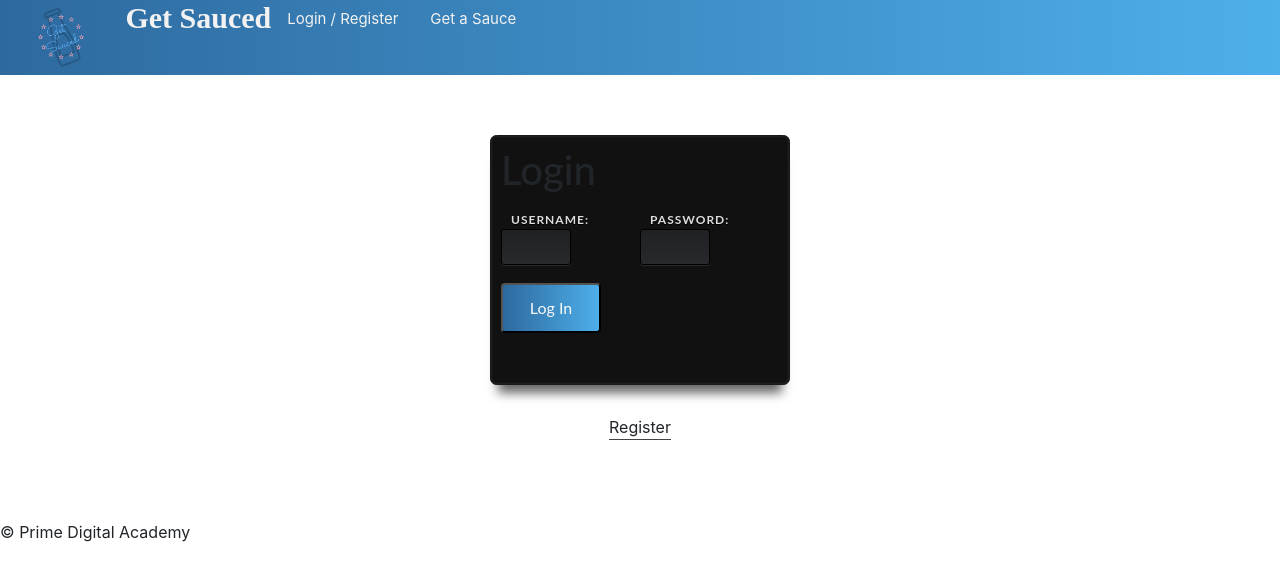
Repository: cossalter18/getSauced
Page: /
These files come from the project's save history. The page is drawn as it stood at one moment and after the next save; the edit follows.
The browser window is 1280 px wide. The pictures show the whole page.
The page's requests for data from a server got no answer. The project was rebuilt for these pictures with package versions that can differ from the ones it lists, and the page was loaded fresh each time. No one was signed in, and anything a server would have sent is missing. Also part of the build but not shown: src/components/LogOutButton/LogOutButton.js, src/components/RegisterPage/RegisterPage.js, src/components/AboutPage/AboutPage.css, src/components/AboutPage/AboutPage.js, src/components/UserPage/UserPage.js, src/components/BlogPost/BlogPost.js, src/components/NewPost/NewPost.css, src/components/NewPost/NewPost.js and 8 more.

Above is the page before, as saved 2020-06-03 11:26:51.

### src/index.js
import React from 'react';
import ReactDOM from 'react-dom';
import { createStore, applyMiddleware } from 'redux';
import { Provider } from 'react-redux';
import createSagaMiddleware from 'redux-saga';
import logger from 'redux-logger';

import rootReducer from './redux/reducers'; // imports ./redux/reducers/index.js
import rootSaga from './redux/sagas'; // imports ./redux/sagas/index.js

import App from './components/App/App';

import '../node_modules/bootstrap/dist/css/bootstrap.min.css'

const sagaMiddleware = createSagaMiddleware();

// this line creates an array of all of redux middleware you want to use
// we don't want a whole ton of console logs in our production code
// logger will only be added to your project if your in development mode
const middlewareList = process.env.NODE_ENV === 'development' ?
  [sagaMiddleware, logger] :
  [sagaMiddleware];

const store = createStore(
  // tells the saga middleware to use the rootReducer
  // rootSaga contains all of our other reducers
  rootReducer,
  // adds all middleware to our project including saga and logger
  applyMiddleware(...middlewareList),
);

// tells the saga middleware to use the rootSaga
// rootSaga contains all of our other sagas
sagaMiddleware.run(rootSaga);

ReactDOM.render(
  <Provider store={store}>
    <App />
  </Provider>,
  document.getElementById('react-root'),
);

### src/redux/reducers/index.js
import { combineReducers } from 'redux';
import errors from './errorsReducer';
import loginMode from './loginModeReducer';
import user from './userReducer';
import threadReducer from './threadsReducer'
import {reducer as formReducer} from 'redux-form'
import favoritesReducer from './favoritesReducer'
import getDetailsReducer from './getDetailsReducer'
import randomReducer from './randomReducer'

// rootReducer is the primary reducer for our entire project
// It bundles up all of the other reducers so our project can use them.
// This is imported in index.js as rootSaga

// Lets make a bigger object for our store, with the objects from our reducers.
// This is what we get when we use 'state' inside of 'mapStateToProps'
const rootReducer = combineReducers({
  errors, // contains registrationMessage and loginMessage
  loginMode, // will have a value of 'login' or 'registration' to control which screen is shown
  user, // will have an id and username if someone is logged in
  threadReducer,
  formReducer,
  favoritesReducer,
  getDetailsReducer,
  randomReducer
});

export default rootReducer;

### src/redux/sagas/index.js
import { all } from 'redux-saga/effects';
import loginSaga from './loginSaga';
import registrationSaga from './registrationSaga';
import userSaga from './userSaga';
import getThreadSaga from './getThreadsSaga'
import newPostSaga from './newPostSaga'
import deleteSaga from './deleteSaga'
import getFavoritesSaga from './getFavoritesSaga'
import getDetailsSaga from './getDetailsSaga'
import updatePostSaga from './updatePostSaga'
import addFavoritesSaga from './addFavoritesSaga'
import getRandomSaga from './getRandom'
// rootSaga is the primary saga.
// It bundles up all of the other sagas so our project can use them.
// This is imported in index.js as rootSaga

// some sagas trigger other sagas, as an example
// the registration triggers a login
// and login triggers setting the user
export default function* rootSaga() {
  yield all([
    loginSaga(),
    registrationSaga(),
    userSaga(),
    getThreadSaga(),
    newPostSaga(),
    deleteSaga(),
    getFavoritesSaga(),
    getDetailsSaga(),
    updatePostSaga(),
    addFavoritesSaga(),
    getRandomSaga()
  ]);
}

### src/redux/reducers/errorsReducer.js
import { combineReducers } from 'redux';

// loginMessage holds the string that will display
// on the login screen if there's an error
const loginMessage = (state = '', action) => {
  switch (action.type) {
    case 'CLEAR_LOGIN_ERROR':
      return '';
    case 'LOGIN_INPUT_ERROR':
      return 'Enter your username and password!';
    case 'LOGIN_FAILED':
      return 'Oops! The username and password didn\'t match. Try again!';
    case 'LOGIN_FAILED_NO_CODE':
      return 'Oops! Something went wrong! Is the server running?';
    default:
      return state;
  }
};

// registrationMessage holds the string that will display
// on the registration screen if there's an error
const registrationMessage = (state = '', action) => {
  switch (action.type) {
    case 'CLEAR_REGISTRATION_ERROR':
      return '';
    case 'REGISTRATION_INPUT_ERROR':
      return 'Choose a username and password!';
    case 'REGISTRATION_FAILED':
      return 'Oops! That didn\'t work. The username might already be taken. Try again!';
    default:
      return state;
  }
};

// make one object that has keys loginMessage, registrationMessage
// these will be on the redux state at:
// state.errors.loginMessage and state.errors.registrationMessage
export default combineReducers({
  loginMessage,
  registrationMessage,
});

### src/redux/reducers/threadsReducer.js
const threadsReducer = (state = [], action) => {
  switch (action.type) {
    case "SET_THREADS":
      return action.payload;
    default:
      return state;
  }
};

export default threadsReducer;

### src/redux/reducers/favoritesReducer.js
const favoritesReducer = (state = [], action) => {
    switch (action.type) {
        case "SET_FAVORITES":
            return action.payload;
        default:
            return state;
    }
};

export default favoritesReducer;

### src/redux/reducers/getDetailsReducer.js
const getDetailsReducer = (state = {}, action) => {
    switch (action.type) {
        case "SET_DETAILS":
            return action.payload[0];
        default:
            return state;
    }
};

export default getDetailsReducer;

### src/redux/reducers/randomReducer.js
const randomReducer = (state = [], action) => {
    switch (action.type) {
        case "SET_RANDOM":
            return action.payload;
        default:
            return state;
    }
};

export default randomReducer;

### src/redux/sagas/loginSaga.js
import { put, takeLatest } from 'redux-saga/effects';
import axios from 'axios';

// worker Saga: will be fired on "LOGIN" actions
function* loginUser(action) {
  try {
    // clear any existing error on the login page
    yield put({ type: 'CLEAR_LOGIN_ERROR' });

    const config = {
      headers: { 'Content-Type': 'application/json' },
      withCredentials: true,
    };

    // send the action.payload as the body
    // the config includes credentials which
    // allow the server session to recognize the user
    yield axios.post('/api/user/login', action.payload, config);

    // after the user has logged in
    // get the user information from the server
    yield put({type: 'FETCH_USER'});
  } catch (error) {
    console.log('Error with user login:', error);
    if (error.response.status === 401) {
      // The 401 is the error status sent from passport
      // if user isn't in the database or
      // if the username and password don't match in the database
      yield put({ type: 'LOGIN_FAILED' });
    } else {
      // Got an error that wasn't a 401
      // Could be anything, but most common cause is the server is not started
      yield put({ type: 'LOGIN_FAILED_NO_CODE' });
    }
  }
}

// worker Saga: will be fired on "LOGOUT" actions
function* logoutUser(action) {
  try {
    const config = {
      headers: { 'Content-Type': 'application/json' },
      withCredentials: true,
    };

    // the config includes credentials which
    // allow the server session to recognize the user
    // when the server recognizes the user session
    // it will end the session
    yield axios.post('/api/user/logout', config);

    // now that the session has ended on the server
    // remove the client-side user object to let
    // the client-side code know the user is logged out
    yield put({ type: 'UNSET_USER' });

  } catch (error) {
    console.log('Error with user logout:', error);
  }
}

function* loginSaga() {
  yield takeLatest('LOGIN', loginUser);
  yield takeLatest('LOGOUT', logoutUser);
}

export default loginSaga;

### src/redux/sagas/registrationSaga.js
import { put, takeLatest } from 'redux-saga/effects';
import axios from 'axios';

// worker Saga: will be fired on "REGISTER" actions
function* registerUser(action) {
  try {
    // clear any existing error on the registration page
    yield put({ type: 'CLEAR_REGISTRATION_ERROR' });

    // passes the username and password from the payload to the server
    yield axios.post('/api/user/register', action.payload);

    // automatically log a user in after registration
    yield put({ type: 'LOGIN', payload: action.payload });

    // set to 'login' mode so they see the login screen
    // after registration or after they log out
    yield put({type: 'SET_TO_LOGIN_MODE'});
  } catch (error) {
      console.log('Error with user registration:', error);
      yield put({type: 'REGISTRATION_FAILED'});
  }
}

function* registrationSaga() {
  yield takeLatest('REGISTER', registerUser);
}

export default registrationSaga;

### src/redux/sagas/userSaga.js
import axios from 'axios';
import { put, takeLatest } from 'redux-saga/effects';

// worker Saga: will be fired on "FETCH_USER" actions
function* fetchUser() {
  try {
    const config = {
      headers: { 'Content-Type': 'application/json' },
      withCredentials: true,
    };

    // the config includes credentials which
    // allow the server session to recognize the user
    // If a user is logged in, this will return their information
    // from the server session (req.user)
    const response = yield axios.get('/api/user', config);

    // now that the session has given us a user object
    // with an id and username set the client-side user object to let
    // the client-side code know the user is logged in
    yield put({ type: 'SET_USER', payload: response.data });
  } catch (error) {
    console.log('User get request failed', error);
  }
}

function* userSaga() {
  yield takeLatest('FETCH_USER', fetchUser);
}

export default userSaga;

### src/redux/sagas/getThreadsSaga.js
import axios from "axios";
import { put, takeEvery } from "redux-saga/effects";

function* getThreads() {
  try {
    const response = yield axios.get("/api/threads");
    console.log("++++++++++++++", response.data)
    yield put({ type: "SET_THREADS", payload: response.data });

  } catch (error) {
    console.log("Error in GET", error);
  }
}

function* threadSaga() {
  yield takeEvery("GET_THREADS", getThreads);
}

export default threadSaga;

### src/redux/sagas/newPostSaga.js
import axios from "axios";
import { put, takeEvery } from "redux-saga/effects";

function* addPost(action) {
  try {
   console.log("action.payload!!!!!!!!!!!!!", action.payload);
   const response = yield axios.post('/api/threads', action.payload);
   yield put({ type: "GET_THREADS"})

  }catch (error){
      console.log(error);
  }
}

function* newPostSaga() {
  yield takeEvery("NEW_POST", addPost);
}

export default newPostSaga;

//we are going to reuse SET_THREADS reducer

### src/redux/sagas/deleteSaga.js
import axios from "axios";
import { put, takeEvery } from "redux-saga/effects";

function* deletePost(action) {
    try {
        console.log('action.payload =======', action.payload);
        console.log('!!!!!!!!!!!!!!!!!!!!!', action);

        const response = yield axios.delete(`/api/threads/${action.payload}`)
        yield put ({type: "GET_THREADS", payload: response.data})
    } catch (error) {
        console.log("Error in DELETE!!!!!!!!!!!!!!", error);
    }
}

function* deleteSaga() {
    yield takeEvery("DELETE_POST", deletePost);
}

export default deleteSaga;

### src/redux/sagas/getFavoritesSaga.js
import axios from "axios";
import { put, takeEvery } from "redux-saga/effects";

function* getFavorites() {
  try {
    const response = yield axios.get("/api/favorites");
    console.log("!!! FAVORITES !!! ========>", response.data);
    yield put({ type: "SET_FAVORITES", payload: response.data });
  } catch (error) {
    console.log("Error in GET", error);
  }
}

function* getFavoritesSaga() {
  yield takeEvery("GET_FAVORITES", getFavorites);
}

export default getFavoritesSaga;

### src/redux/sagas/getDetailsSaga.js
import axios from "axios";
import { put, takeEvery } from "redux-saga/effects";

function* getDetail(action) {
    try {
        const id = action.payload
        const response = yield axios.get(`/api/threads/blog/${id}`);
        console.log("MADE IT TO getDetail SAGA!!!!!!")
        yield put({ type: "SET_DETAILS", payload: response.data });
    } catch (error) {
        console.log("Error in GET", error);
    }
}

function* getDetailsSaga() {
    yield takeEvery("GET_DETAILS", getDetail);
}

export default getDetailsSaga;

### src/redux/sagas/updatePostSaga.js
import axios from "axios";
import {put, takeEvery } from "redux-saga/effects";

function* updatePost(action) {
    console.log('UpdatePost!!!!!!!!!', action.payload);

    try {
        const response = yield axios.put(`/api/threads/${action.payload.id}`, action.payload)
        console.log('IN UPDATE POST PUT', response);
        // yield put ({type: 'SET_THREADS'})

    } catch (error) {
        console.log(error);
    }
}

function* updatePostSaga() {
    yield takeEvery("UPDATE_POST", updatePost);
}

export default updatePostSaga;

### src/redux/sagas/addFavoritesSaga.js
import axios from "axios";
import { put, takeEvery } from "redux-saga/effects";

function* addFavorites() {
    try {
        const response = yield axios.post("/api/favorites");
        console.log("!!! FAVORITES !!! ========>", response.data);
        yield put({ type: "SET_FAVORITES", payload: response.data });
    } catch (error) {
        console.log("Error in FAVORITES POST", error);
    }
}

function* addFavoritesSaga() {
    yield takeEvery("ADD_FAVORITES", addFavorites);
}

export default addFavoritesSaga;

### src/redux/sagas/getRandom.js
import axios from "axios";
import { put, takeEvery } from "redux-saga/effects";

//https://spoonacular-recipe-food-nutrition-v1.p.rapidapi.com/recipes/random

function* getRandom(action) {
    console.log("IN API REQUEST:", action)
    try {
        const response = yield axios({
            "method": "GET",
            "url": "",
            "headers": {
                "content-type": "application/octet-stream",
                "x-rapidapi-host": "spoonacular-recipe-food-nutrition-v1.p.rapidapi.com",
                "x-rapidapi-key": "c31d4b7038mshacdc5b1ac5dafd5p11278fjsnc256fb5cf578",
                "useQueryString": true
            }, "params": {
                "number": "1",
                "tags": "sauce"
            }
        })
        yield put({ type: "SET_RANDOM", payload: response.data.recipes });
    } catch (error) {
        console.log("Error in GET", error);
    }
}

function* getRandomSaga() {
    yield takeEvery("GET_RANDOM", getRandom);
}

export default getRandomSaga;

### src/components/Nav/Nav.js
import React from "react";
import { Link } from "react-router-dom";
import { connect } from "react-redux";
import LogOutButton from "../LogOutButton/LogOutButton";
import "./Nav.css";

const Nav = (props) => (
  <div className="nav">
    <Link to="/home">
      <img className="logo" src="GetSauced.png" alt="logo" />
      <h2 className="nav-title">Get Sauced</h2>
    </Link>
    <div className="nav-right">
      <Link className="nav-link" to="/home">
        {/* Show this link if they are logged in or not,
        but call this link 'Home' if they are logged in,
        and call this link 'Login / Register' if they are not */}
        {props.user.id ? "Home" : "Login / Register"}
      </Link>
      {/* Show the link to the info page and the logout button if the user is logged in */}
      {props.user.id && (
        <>
          <Link className="nav-link" to="/info">
            Blog Post
          </Link>
          <Link className="nav-link" to="/favorite">
            Favorites
          </Link>
          <Link className="nav-link" to="/profile">
            Profile
          </Link>
          {/* <LogOutButton className="nav-link" /> */}
        </>

      )}
      {/* Always show this link since the about page is not protected */}
      <Link className="nav-link" to="/about">
        Get a Sauce
      </Link>
    </div>
  </div>
);

// Instead of taking everything from state, we just want the user
// object to determine if they are logged in
// if they are logged in, we show them a few more links
// if you wanted you could write this code like this:
// const mapStateToProps = ({ user }) => ({ user });
const mapStateToProps = (state) => ({
  user: state.user,
});

export default connect(mapStateToProps)(Nav);

### src/components/App/App.css
body {
    font-family: 'Segoe UI', Tahoma, Geneva, Verdana, sans-serif;
    margin: 0px;
}

.alert {
    background-color: #ff4545;
    margin: 50px;
}

form {
    background-color: #dbd5d5;
    width: 30%;
    height: 250px;
    margin: 20px auto;
    padding: 25px;
    border-radius: 2px;
}

input {
    margin: 5px;
    margin-bottom: 10px;
}

.log-in, .log-out, .register {
  background-image: linear-gradient(to right, #2d699e, #4eafeb);
  border-radius: 4px;
  color: #f8f8f8;
  min-height: 50px;
  min-width: 100px;
  outline:0;
  cursor: pointer;
}

.log-in:hover, .log-out:hover, .register:hover {
  background-color: #008183;
}

/* This line makes the "Register" and "Login" buttons look like links */
.link-button {
    background:none;
    color:inherit;
    border:none;
    padding:0;
    font: inherit;
    outline:0;
    border-bottom:1px solid #444;
    cursor: pointer;
}

### src/components/Nav/Nav.css
.nav-title {
    font-size: 30px;
    font-weight: 700;
    display: inline-block;
    color: #f2f2f2;
    padding-left: 10px;
    font-family: "SignPainter";
}

.nav {
  overflow: hidden;
  background-image: linear-gradient(to right, #2d699e, #4eafeb)
}

.nav-link {
  float: left;
  color: #f2f2f2;
  /* background-color: #00acb0; */
  text-align: center;
  padding: 24px 10px;
  text-decoration: none;
  font-size: 15px;

  /* these last two make the logout button in
  the nav bar look like another link */
  border:none;
  /* cursor: pointer; */
  outline:0;
}

.nav-link:hover {
  background-color: #87A8C5
}

.nav-right {
  float: right;
}

.logo {
  height:75px;
  width: auto;
  float: left;
}

### src/components/LoginPage/LoginPage.js
import React, { Component } from 'react';
import { connect } from 'react-redux';
import './LoginPage.css'

class LoginPage extends Component {
  state = {
    username: '',
    password: '',
  };

  login = (event) => {
    event.preventDefault();

    if (this.state.username && this.state.password) {
      this.props.dispatch({
        type: 'LOGIN',
        payload: {
          username: this.state.username,
          password: this.state.password,
        },
      });
    } else {
      this.props.dispatch({ type: 'LOGIN_INPUT_ERROR' });
    }
  } // end login

  handleInputChangeFor = propertyName => (event) => {
    this.setState({
      [propertyName]: event.target.value,
    });
  }

  render() {
    return (
      <div>
        {this.props.errors.loginMessage && (
          <h2
            className="alert"
            role="alert"
          >
            {this.props.errors.loginMessage}
          </h2>
        )}
        <form className="form-3" onSubmit={this.login}>
          <h1>Login</h1>
          <div>
            <label htmlFor="username">
              Username:
              <input type="text" name="username" value={this.state.username} onChange={this.handleInputChangeFor('username')}/>
            </label>
          </div>
          <div>
            <label htmlFor="password">
              Password:
              <input type="password" name="password" value={this.state.password} onChange={this.handleInputChangeFor('password')}/>
            </label>
          </div>
          <div>
            <input className="log-in" type="submit" name="submit" value="Log In"/>
          </div>
        </form>
        <center>
          <button
            type="button"
            className="link-button"
            onClick={() => {this.props.dispatch({type: 'SET_TO_REGISTER_MODE'})}}
          >
            Register
          </button>
        </center>
      </div>
    );
  }
}

// Instead of taking everything from state, we just want the error messages.
// if you wanted you could write this code like this:
// const mapStateToProps = ({errors}) => ({ errors });
const mapStateToProps = state => ({
  errors: state.errors,
});

export default connect(mapStateToProps)(LoginPage);

### src/components/BlogPost/BlogPost.css
.nav-right {
  float: right;
  margin-right: 30px;

}

h2 {
  cursor: pointer;
}

.content {
  font-size: 10px;
}

.button{
  margin: 100px;
  padding: 25px;
}


/* .container {
   width: 75%;
    height: 10rem;
    margin: auto;
    background-color:#4eafeb;
    border-radius: 10px;
} */


.container {
    box-sizing: border-box;
    width: 75%;
    height: 10rem;
    margin-top: 35px;
    margin-bottom: 8px;
    background-color:#4eafeb;
    border-radius: 10px;
    /* white-space: nowrap; */
  overflow: hidden;
  text-overflow: ellipsis;
}

.child {
 white-space: nowrap;
  overflow: hidden;
  text-overflow: ellipsis;

}


/*
.child {
 flex: 1;
    height: auto;
    margin: auto;
    border-color: red;
    border-width: 10px;
} */

### src/components/LoginPage/LoginPage.css
.form-3 {
    font-family: 'Ubuntu', 'Lato', sans-serif;
    font-weight: 400;
    /* Size and position */
    width: 300px;
    position: relative;
    margin: 60px auto 30px;
    padding: 10px;
    overflow: hidden;

    /* Styles */
    background: #111;
    border-radius: 0.4em;
    border: 1px solid #191919;
    box-shadow:
        inset 0 0 2px 1px rgba(255,255,255,0.08),
        0 16px 10px -8px rgba(0, 0, 0, 0.6);
}

.form-3 label {
    /* Size and position */
    width: 50%;
    float: left;
    padding-top: 9px;

    /* Styles */
    color: #ddd;
    font-size: 12px;
    text-transform: uppercase;
    letter-spacing: 1px;
    text-shadow: 0 1px 0 #000;
    text-indent: 10px;
    font-weight: 700;
    cursor: pointer;
}

.form-3 input[type=text],
.form-3 input[type=password] {
    /* Size and position */
    width: 50%;
    float: left;
    padding: 8px 5px;
    margin-bottom: 10px;
    font-size: 12px;

    /* Styles */
    background: linear-gradient(#1f2124, #27292c);
    border: 1px solid #000;
    box-shadow:
        0 1px 0 rgba(255,255,255,0.1);
    border-radius: 3px;

    /* Font styles */
    font-family: 'Ubuntu', 'Lato', sans-serif;
    color: #fff;

}

.form-3 input[type=text]:hover,
.form-3 input[type=password]:hover,
.form-3 label:hover ~ input[type=text],
.form-3 label:hover ~ input[type=password] {
    background: #27292c;
}

.form-3 input[type=text]:focus,
.form-3 input[type=password]:focus {
    box-shadow: inset 0 0 2px #000;
    background: #494d54;
    border-color: #51cbee;
    outline: none; /* Remove Chrome outline */
}

.form-3 label[for=remember] {
    width: auto;
    float: none;
    display: inline-block;
    text-transform: capitalize;
    font-size: 11px;
    font-weight: 400;
    letter-spacing: 0px;
    text-indent: 2px;
}

.form-3 input[type=checkbox] {
    margin-left: 10px;
    vertical-align: middle;
}

Loaded but not shown: public/index.html (common file); src/redux/reducers/loginModeReducer.js (common file); src/redux/reducers/userReducer.js (common file); src/components/Footer/Footer.js (common file); src/components/Footer/Footer.css (common file); src/components/App/App.js (98 lines, source omitted); src/components/ProtectedRoute/ProtectedRoute.js (66 lines, source omitted)

After the next save:
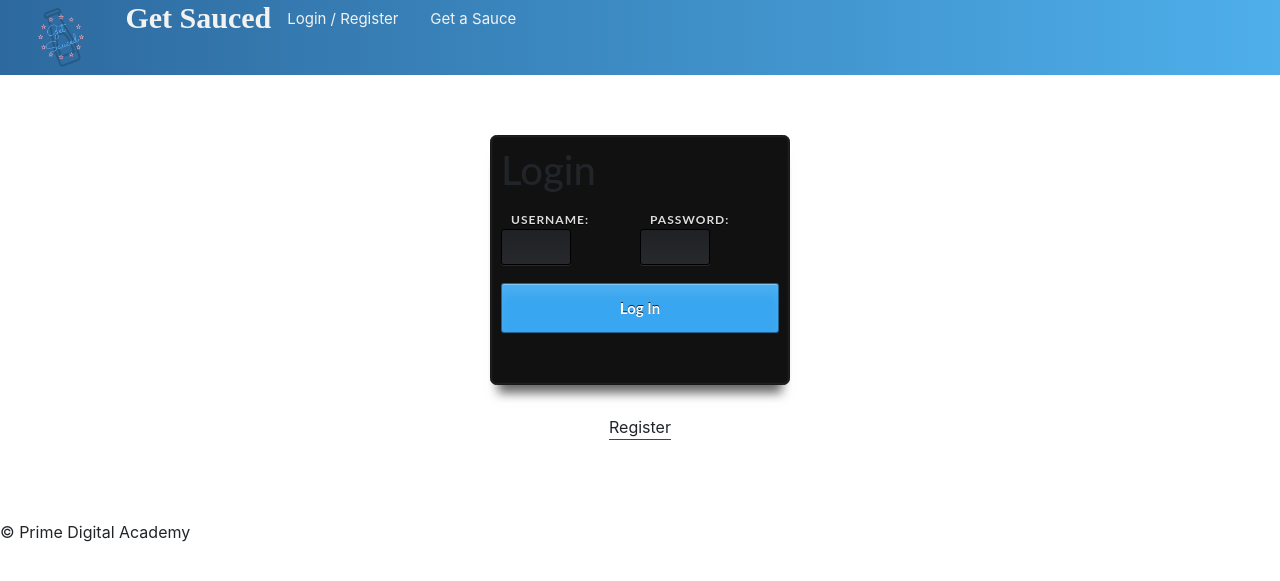
Saved 14 s later.
--- a/src/components/LoginPage/LoginPage.css
+++ b/src/components/LoginPage/LoginPage.css
@@ -86,3 +86,41 @@
     margin-left: 10px;
     vertical-align: middle;
 }
+
+.form-3 input[type=submit] {
+    /* Width and position */
+    width: 100%;
+    padding: 8px 5px;
+
+    /* Styles */
+    border: 1px solid #0273dd; /* Fallback */
+    border: 1px solid rgba(0,0,0,0.4);
+    box-shadow:
+        inset 0 1px 0 rgba(255,255,255,0.3),
+        inset 0 10px 10px rgba(255,255,255,0.1);
+    border-radius: 3px;
+    background: #38a6f0;
+    cursor:pointer;
+
+    /* Font styles */
+    font-family: 'Ubuntu', 'Lato', sans-serif;
+    color: white;
+    font-weight: 700;
+    font-size: 15px;
+    text-shadow: 0 -1px 0 rgba(0,0,0,0.8);
+}
+
+.form-3 input[type=submit]:hover {
+    box-shadow: inset 0 1px 0 rgba(255,255,255,0.6);
+}
+
+.form-3 input[type=submit]:active {
+    background: #287db5;
+    box-shadow: inset 0 0 3px rgba(0,0,0,0.6);
+    border-color: #000; /* Fallback */
+    border-color: rgba(0,0,0,0.9);
+}
+
+.no-boxshadow .form-3 input[type=submit]:hover {
+    background: #2a92d8;
+}
